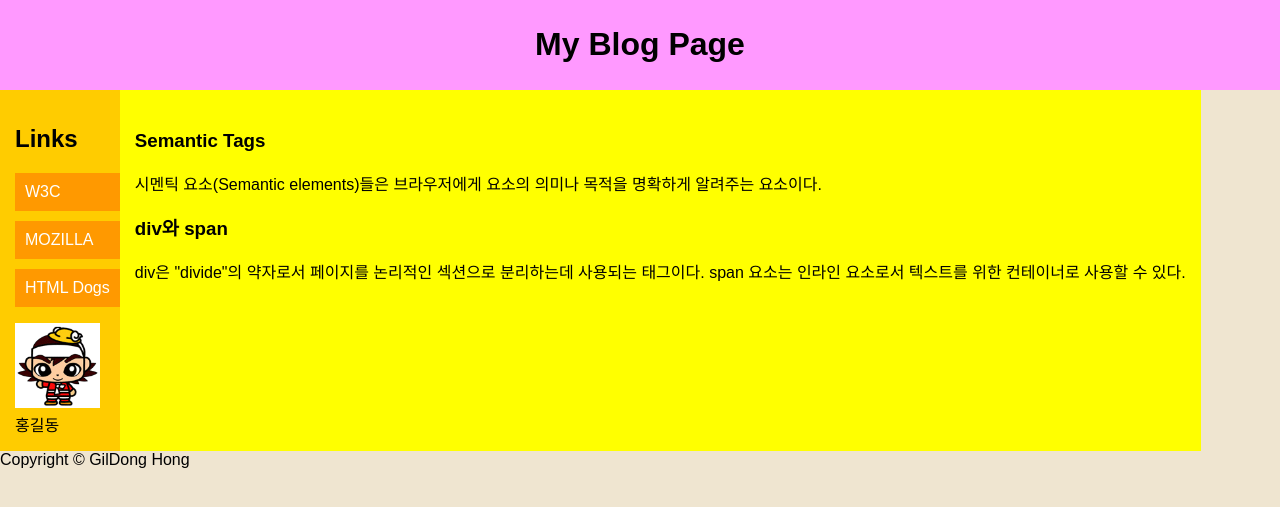
Repository: hyeon-jin-park/study
Page: work/internet_programing/T04/public/03_layout.html
These files come from the project's save history. The page is drawn as it stood at one moment and after the next save; the edit follows.
The browser window is 1280 px wide. The pictures show the whole page.

Above is the page before, as saved 2025-03-25 09:50:01.

After the next save:
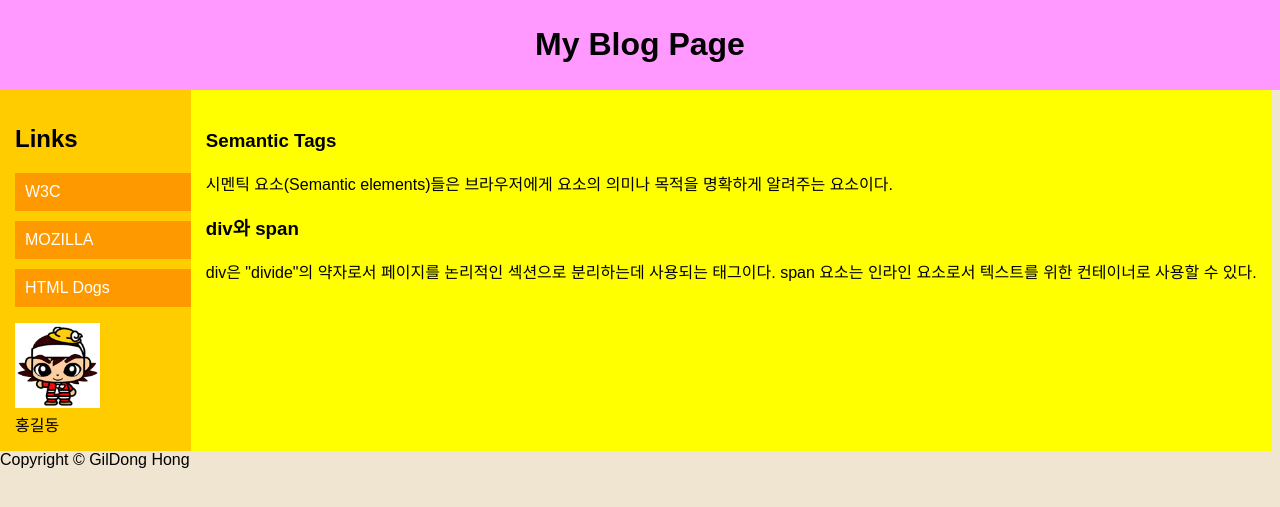
Saved 108 s later.
--- a/work/internet_programing/T04/public/03_layout.html
+++ b/work/internet_programing/T04/public/03_layout.html
@@ -40,6 +40,7 @@ nav{
 	background-color:#ffcc00;
 	padding:15px;
 	padding-right:0px;
+	width:15%;
 
 
 }
